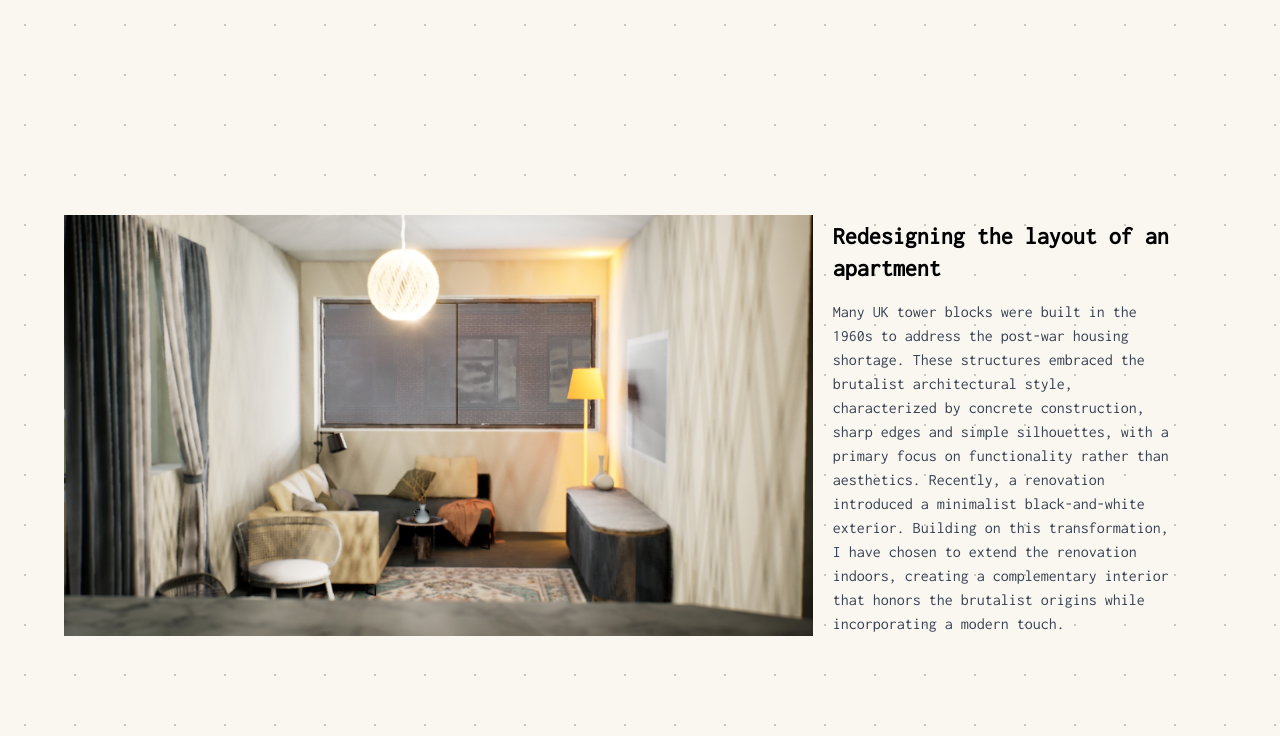
Repository: BBRRE/Portfolio-V2
Page: /#/Architecture
The author's editor kept a copy of each file at every save. The page is drawn from the files as they stood at one save, then again after the next save.
The browser window is 1280 px wide. The pictures show the part of the page from y = 0 to 736 px (the page is 1446 px tall before and 1396 px after).
Pictures or frames that could not be fetched are drawn as grey boxes. Some web fonts or font styles are not loaded; a fallback is used. The project was rebuilt for these pictures with package versions that can differ from the ones it lists, and the page was loaded fresh each time. Also part of the build but not shown: vite.config.js, src/Subjects/CompSci.jsx, src/Subjects/EEng.jsx, src/Subjects/Other.jsx, src/Projects Overview.jsx, src/HomePage.jsx, src/ErrorBoundary.jsx.

Above is the page before, as saved 2024-11-26 21:23:19.

After the next save:
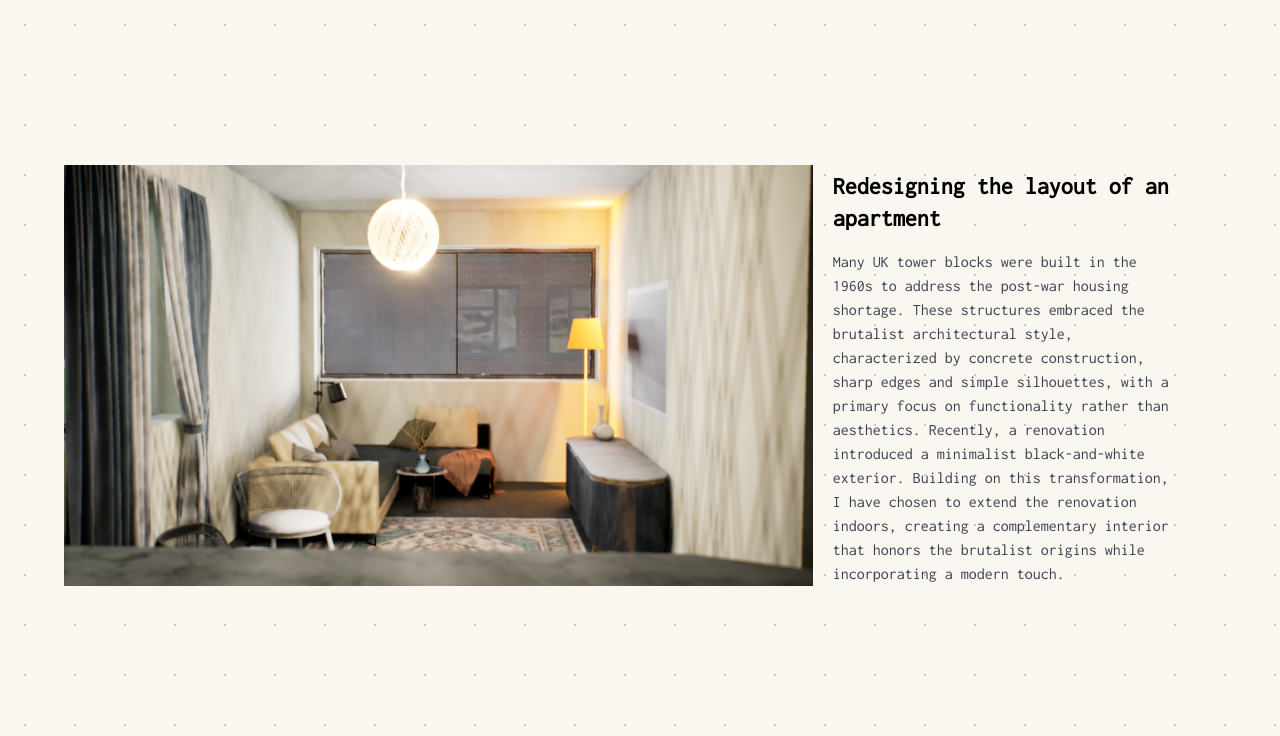
Saved 5 s later.
--- a/src/Subjects/Archi.jsx
+++ b/src/Subjects/Archi.jsx
@@ -94,7 +94,7 @@ const Arcchi = () => {
 
   return (
     <div className='bg-[#F9F7F0] bg-dot-pattern flex flex-col gap-[150px] h-auto'>
-    <div className={` font-inconsolata w-full overflow-hidden mt-[100px] `}>
+    <div className={` font-inconsolata w-full overflow-hidden mt-[50px] `}>
       <motion.div
         className="flex flex-col pt-[60px] md:pt-[100px] gap-4 md:gap-8 w-full"
         initial="hidden"
